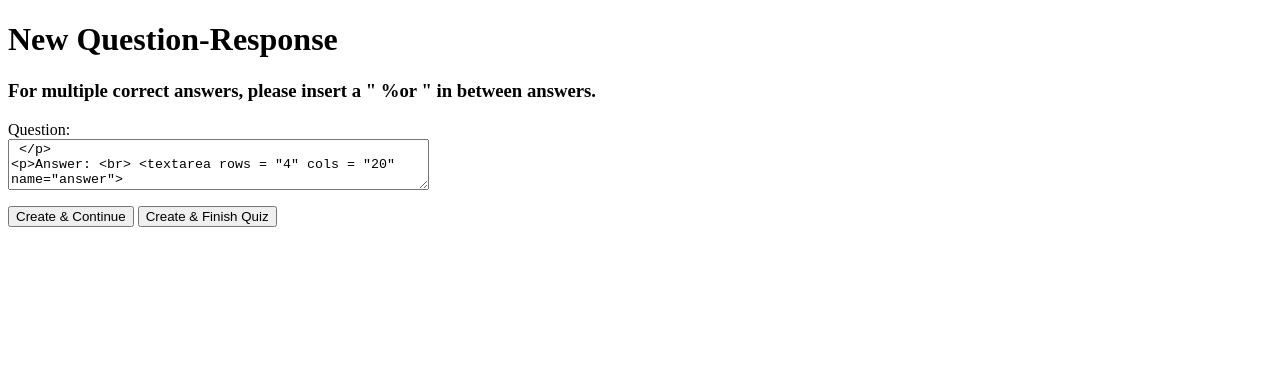
Repository: sarahhtn/CS108_final_project
Page: QuizWebsite/WebContent/CreateQR.html
These files come from the project's save history. The page is drawn as it stood at one moment and after the next save; the edit follows.
The browser window is 1280 px wide. The pictures show the whole page.

Above is the page before, as saved 2013-11-16 21:38:24.

After the next save:
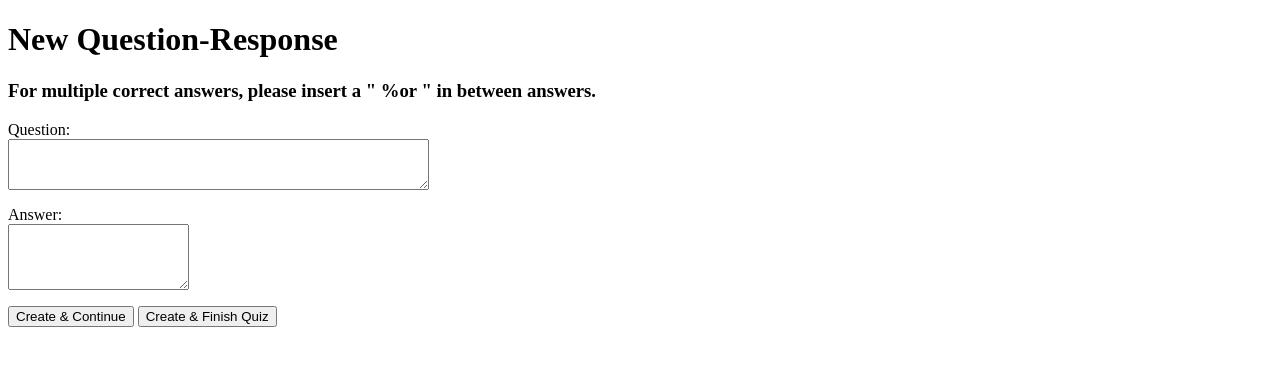
Saved 12 s later.
--- a/QuizWebsite/WebContent/CreateQR.html
+++ b/QuizWebsite/WebContent/CreateQR.html
@@ -9,7 +9,7 @@
 <h3>For multiple correct answers, please insert a " %or " in between answers.</h3>
 
 <form action="QRServlet" method="post">
-<p>Question: <br> <textarea rows = "3" cols = "50" name="question"</textarea> </p>
+<p>Question: <br> <textarea rows = "3" cols = "50" name="question"></textarea> </p>
 <p>Answer: <br> <textarea rows = "4" cols = "20" name="answer"></textarea> </p>
 <input type="submit" value="Create & Continue"/>
 <input type="submit" value="Create & Finish Quiz"/>
